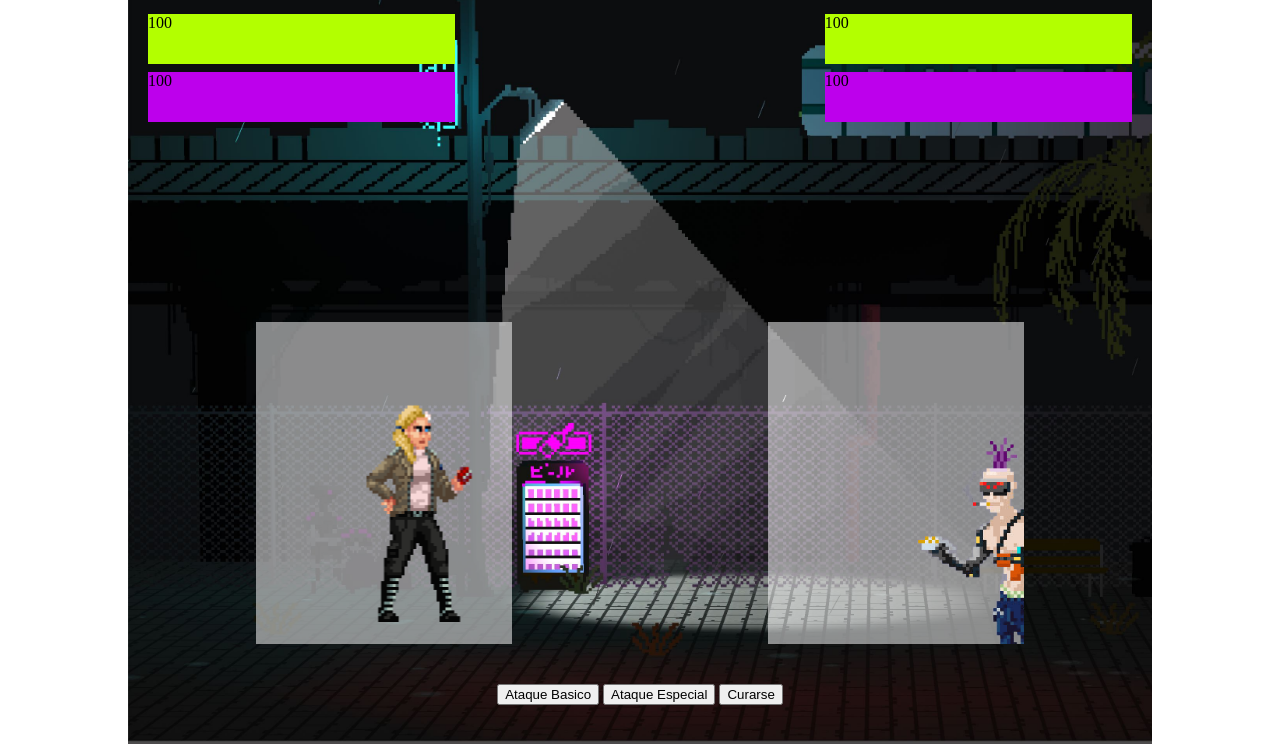
Repository: NovaDuel/novaduel-game
Page: index.html
An editor plug-in stored every save of this project. The page is shown before and after a run of saves, followed by the edit.
The browser window is 1280 px wide. The pictures show the whole page.

Above is the page before, as saved 2024-03-25 16:16:01.

### index.html
<!DOCTYPE html>
<html lang="en">
<head>
    <meta charset="UTF-8">
    <meta name="viewport" content="width=device-width, initial-scale=1.0">
    <link rel="stylesheet" href="style.css">
    <script src="main.js" defer></script>
    <title>NovaDuel</title>
</head>
<body>
    <div id="main-container">
        <div id="status">
            <div class="bars-wrapper">
                <div id="health-player" class="health"></div>
                <div id="stamina-player" class="stamina"></div>
            </div>
            <div class="bars-wrapper">
                <div id="health-enemy" class="health"></div>
                <div id="stamina-enemy" class="stamina"></div>
            </div>
        </div>
        <div id="characters">
            <div id="player" class="pj"></div>
            <div id="enemy" class="pj"></div>
        </div>
        <div id="actions">
            <div id="buttons">
                <button id="basic-attack" class="btn">Ataque Basico</button>
                <button id="special-attack" class="btn">Ataque Especial</button>
                <button id="heal-action" class="btn">Curarse</button>
            </div>
        </div>
    </div>
</body>
</html>

### style.css
body {
    margin: 0;
    padding: 0;
    height: 100vh;
    display: flex;
    align-items: center;
    justify-content: center;
}

#main-container {
    width: 1024px;
    height: 768px;
    background-size: cover;
    background-image: url(./images/scenario.jpg);
}

#status {
    display: flex;
    justify-content: space-between;
    width: 100%;
    height: 27%;
}

.bars-wrapper {
    display: flex;
    flex-direction: column;
    justify-content: space-evenly;
    align-items: left;
    width: 30%;
    height: 60%;
    margin-top: 30px;
    padding: 0 20px;
}

.health {
    width: 100%;
    height: 40%;
    background-color: rgb(179, 255, 0);
}

.stamina {
    width: 100%;
    height: 40%;
    background-color: rgb(189, 0, 236)
}

#characters {
    display: flex;
    align-items: end;
    justify-content: space-around;
    width: 100%;
    height: 60%;
}

.pj {
    height: 70%;
    width: 25%;
    background-color: rgba(255, 255, 255, 0.52);
}

#player {
    background-position-x: 110px;
    background-position-y: 80px;
    background-size: 200%;
    background-repeat: no-repeat;
    background-image: url(./images/player.png)
}

#enemy {
    background-position-y: 10px;
    background-size: 200%;
    background-repeat: no-repeat;
    background-image: url(./images/enemy.png)
}

#actions {
    height: 13%;
    display: flex;
    align-items: center;
    justify-content: center;
}

### main.js
const selector = selector => document.querySelector(selector);
const selectAll = selector => document.querySelectorAll(selector);

function Player (health, stamina, strength) {
    this.health = health;
    this.stamina = stamina;
    this.strength = strength;
    this.attackPlayer = function() {
        return this.strength;
    },
    this.specialAttackPlayer = function() {
        if (this.stamina >= 10) {
            this.stamina -= 10;
            return this.strength + 10 * Math.round(Math.random() * 3);
        }
    },
    this.receiveDamage = function(damage) {
        this.health -= damage;
    }
    this.healing = function() {
        if (this.stamina >= 20) {
            this.stamina -= 20;
            this.health += 50;
        }
    }
}


function Enemy (health, stamina, strength) {
    this.health = health;
    this.stamina = stamina;
    this.strength = strength;
    this.attackEnemy = function() {
        return this.strength;
    },
    this.specialAttackEnemy = function() {
        if (this.stamina >= 10) {
            this.stamina -= 10;
            return this.strength + 10 * Math.round(Math.random() * 3);
        }
    },
    this.receiveDamage = function (damage) {
        this.health -= damage;
    },
    this.healing = function() {
        if (this.stamina >= 20) {
            this.stamina -= 20;
            this.health += 50;
        }
    }
}

function Game() {

}

let player = new Player(100, 100, 20);
let enemy = new Enemy(100, 100, 18);
selector('#health-player').textContent = player.health;
selector('#stamina-player').textContent = player.stamina;
selector('#health-enemy').textContent = enemy.health;
selector('#stamina-enemy').textContent = enemy.stamina;

function actionsEnemy() {
    if (enemy.stamina >= 10) {
        if (enemy.health === 100) {
            let randomAction = Math.floor(Math.random() * 2);
            switch(randomAction) {
                case 0:
                    let enemyStrength = enemy.attackEnemy();
                    player.receiveDamage(enemyStrength);
                    selector("#health-player").style.width = `${player.health}%`;
                    selector('#health-player').textContent = player.health;
                    break;
                case 1:
                    let specialEnemyStrength = enemy.specialAttackEnemy();
                    player.receiveDamage(specialEnemyStrength);
                    selector("#health-player").style.width = `${player.health}%`;
                    selector("#stamina-enemy").style.width = `${enemy.stamina}%`;
                    selector('#health-player').textContent = player.health;
                    selector('#stamina-enemy').textContent = enemy.stamina;
                    break;
            }
        } else {
            let randomAction = Math.floor(Math.random() * 3);
            switch(randomAction) {
                case 0:
                    let enemyStrength = enemy.attackEnemy();
                    player.receiveDamage(enemyStrength);
                    selector("#health-player").style.width = `${player.health}%`;
                    selector('#health-player').textContent = player.health;
                    break;
                case 1:
                    let specialEnemyStrength = enemy.specialAttackEnemy();
                    player.receiveDamage(specialEnemyStrength);
                    selector("#health-player").style.width = `${player.health}%`;
                    selector("#stamina-enemy").style.width = `${enemy.stamina}%`;
                    selector('#health-player').textContent = player.health;
                    selector('#stamina-enemy').textContent = enemy.stamina;
                    break;
                case 2:
                    enemy.healing();
                    selector("#stamina-enemy").style.width = `${enemy.stamina}%`;
                    selector('#stamina-enemy').textContent = enemy.stamina;
                    selector('#health-enemy').textContent = enemy.health;
                    break;
            }
        }

    } else {
        let enemyStrength = enemy.attackEnemy();
        player.receiveDamage(enemyStrength);
        selector("#health-player").style.width = `${player.health}%`;
        selector('#health-player').textContent = player.health;
    }
}

let buttons = selectAll(".btn");

selector('#basic-attack').addEventListener('click', function() {
    let playerStrength = player.attackPlayer();
    enemy.receiveDamage(playerStrength);
    buttons.forEach(button => {
        button.setAttribute("disabled", "")
    })
    selector("#health-enemy").style.width = `${enemy.health}%`;
    selector('#health-enemy').textContent = enemy.health;
    setTimeout(actionsEnemy, 500);
    setTimeout(function() {
        buttons.forEach(button => {
            button.removeAttribute("disabled", "")
        });
    }, 1000)
    selector('#health-player').textContent = player.health;
    stateHealth();
});
selector('#special-attack').addEventListener('click', function() {
    let playerStrength = player.specialAttackPlayer();
    enemy.receiveDamage(playerStrength);
    buttons.forEach(button => {
        button.setAttribute("disabled", "")
    })
    selector("#health-enemy").style.width = `${enemy.health}%`;
    selector('#health-enemy').textContent = enemy.health;
    selector("#stamina-player").style.width = `${player.stamina}%`;
    selector('#stamina-player').textContent = player.stamina;
    setTimeout(actionsEnemy, 500);
    setTimeout(function() {
        buttons.forEach(button => {
            button.removeAttribute("disabled", "")
        })
    }, 1000)
    stateHealth();
});
selector('#heal-action').addEventListener('click', function() {
    if (player.health >= 100 || player.stamina === 0) {
        alert("No puedes curarte ahora mismo")
    } else {
        player.healing();
        buttons.forEach(button => {
            button.setAttribute("disabled", "")
        })
        selector("#stamina-player").style.width = `${player.stamina}%`;
        selector('#stamina-player').textContent = player.stamina;
        selector('#health-player').textContent = player.health;
        setTimeout(actionsEnemy, 500);
        setTimeout(function() {
            buttons.forEach(button => {
                button.removeAttribute("disabled", "")
            })
        }, 1000)
        stateHealth();
    }
});


function stateHealth() {
    if(enemy.health === 0 || enemy.health < 0) {
        console.log('YOU WIN');
    }
    if (player.health === 0 || player.health < 0) {
        console.log('GAME OVER');
    }
}

After the next 2 saves:
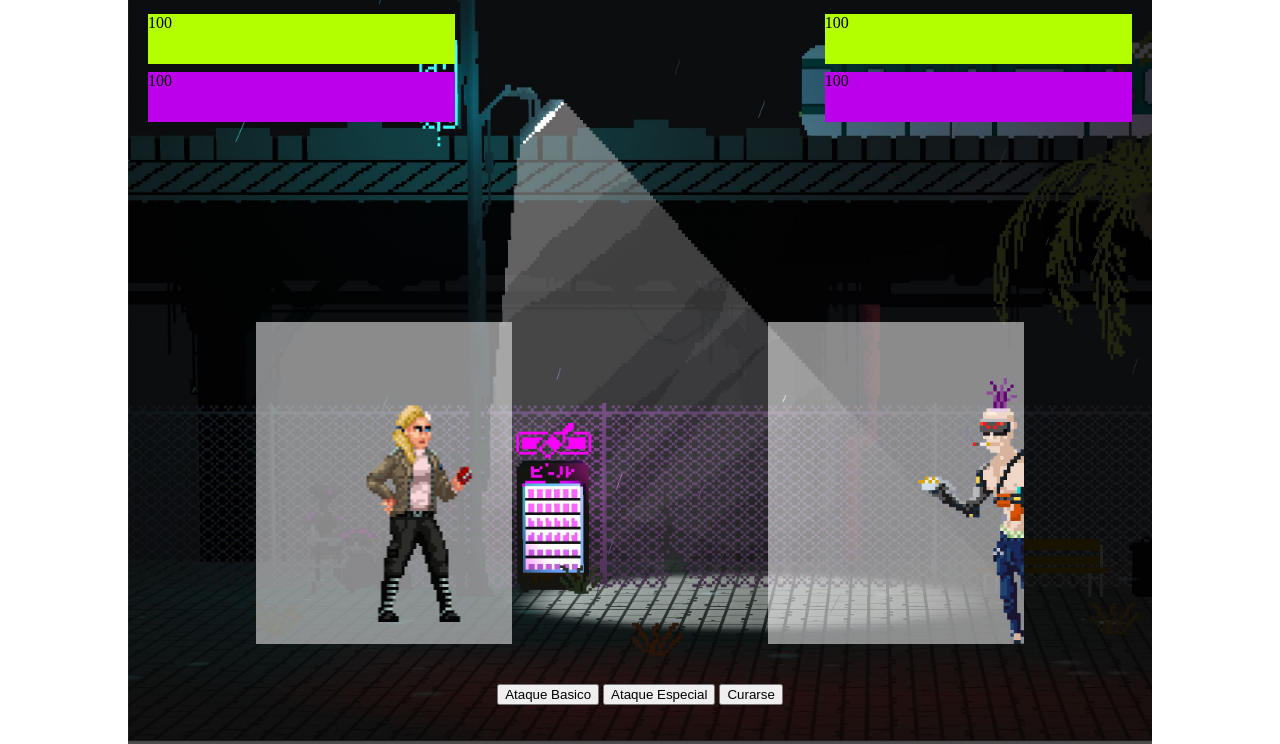
The 2 saves are shown as one change because they came seconds apart.
The last was saved 8 s later.
--- a/style.css
+++ b/style.css
@@ -67,7 +67,7 @@ body {
 }
 
 #enemy {
-    background-position-y: 10px;
+    background-position-y: -50px;
     background-size: 200%;
     background-repeat: no-repeat;
     background-image: url(./images/enemy.png)
